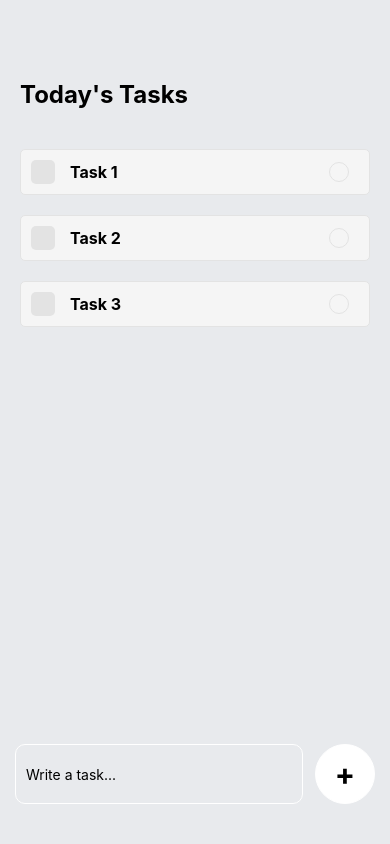
Repository: lomelo-x/ToDo-App
Screen: /
The author's editor kept a copy of each file at every save. The screen is drawn from the files as they stood at one save, then again after a run of saves.
The app was drawn by React Native's web renderer in a window 390 px wide. The project was rebuilt for these pictures with package versions that can differ from the ones it lists, and the page was loaded fresh each time.

Above is the screen before, as saved 2022-06-17 21:35:48.

### App.js
import { StatusBar } from 'expo-status-bar';
import { StyleSheet, Text, View, KeyboardAvoidingView, Platform, TextInput, TouchableOpacity } from 'react-native';
import Task from './components/Task';

export default function App() {
	return (
		<View style={styles.container}>
			<View style={styles.todoContainer}>
				<Text style={styles.sectionTitle}>Today's Tasks</Text>
				<View style={styles.itemsContainer}>
					<Task text={'Task 1'} />
					<Task text={'Task 2'}/>
					<Task text={'Task 3'}/>
				</View>
			</View>
			<KeyboardAvoidingView
			behavior={Platform.OS === 'ios' ? 'padding' : "height" }
			style={styles.writeTaskContainer}>
				<TextInput style={styles.writeTaskInput} placeholder="Write a task..." />
				<TouchableOpacity>
					<View style={styles.addTaskButton}>
						<Text style={styles.addTaskButtonText}>+</Text>
					</View>
				</TouchableOpacity>
			</KeyboardAvoidingView>
		</View>
	);
}

const styles = StyleSheet.create({
	container: {
		flex: 1,
		backgroundColor: '#E8EAED',
	},
	todoContainer: {
		paddingTop: 80,
		paddingHorizontal: 20,
	},
	sectionTitle: {
		fontSize: 24,
		fontWeight: 'bold',
		marginBottom: 20,
	},
	itemsContainer: {
		marginTop: 20,
	},
	writeTaskContainer: {
		position: 'absolute',
		bottom: 5,
		width: '100%',
		flexDirection: 'row',
		alignItems: 'center',
		justifyContent: 'space-between',
		paddingHorizontal: 15,
		paddingVertical: 15,
		borderRadius: 10,
		marginTop: 20,
	},
writeTaskInput: {
		borderWidth: 1,
		borderColor: '#fff',
		borderRadius: 10,
		padding: 10,
		marginBottom: 20,
		width: '80%',
		height: 60,
	},
addTaskButton: {
		backgroundColor: '#fff',
		borderRadius: 50,
		borderWidth: 1,
		borderColor: '#fff',
		marginBottom: 20,
		width: 60,
		height: 60,
		alignItems: 'center',
		justifyContent: 'center',
	},
addTaskButtonText: {
		fontSize: 30,
		textAlign: 'center',
		fontWeight: 'bold',
	},
});

### components/Task.js
import React from 'react';
import { View, Text, StyleSheet, TouchableOpacity } from 'react-native';

const Task = ({ text }) => {
	return (
		<View style={styles.taskContainer}>
			<View style={styles.taskLeft}>
				<TouchableOpacity style={styles.square}></TouchableOpacity>
				<Text style={styles.taskText}>{text}</Text>
			</View>
			<View style={styles.taskRight}></View>
		</View>
	);
};

const styles = StyleSheet.create({
	taskContainer: {
		backgroundColor: '#f5f5f5',
		padding: 10,
		marginBottom: 10,
		borderRadius: 5,
		borderWidth: 1,
		borderColor: '#e3e3e3',
		flexDirection: 'row',
		alignItems: 'center',
		justifyContent: 'space-between',
		marginBottom: 20,
	},
	taskText: {
		fontSize: 16,
		fontWeight: 'bold',
	},
	taskLeft: {
		flexDirection: 'row',
		alignItems: 'center',
		flexWrap: 'wrap',
		maxWidth: '80%',
	},
	taskRight: {
		width: 20,
		height: 20,
		borderRadius: 50,
		borderColor: '#e3e3e3',
		borderWidth: 1,
		marginRight: 10,
	},
	square: {
		width: 24,
		height: 24,
		backgroundColor: '#e3e3e3',
		borderRadius: 5,
		marginRight: 15,
	},
});

export default Task;

After the next 2 saves:
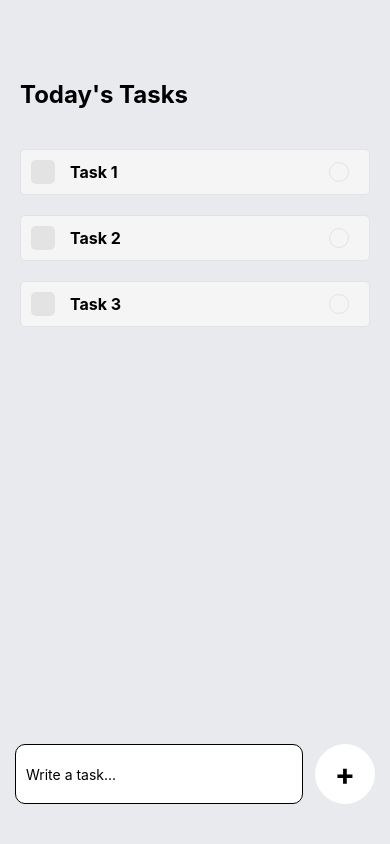
The 2 saves are shown as one change because they came seconds apart.
The last was saved 9 s later.
--- a/App.js
+++ b/App.js
@@ -58,7 +58,7 @@ const styles = StyleSheet.create({
 	},
 writeTaskInput: {
 		borderWidth: 1,
-		borderColor: '#fff',
+		backgroundColor: '#fff',
 		borderRadius: 10,
 		padding: 10,
 		marginBottom: 20,
